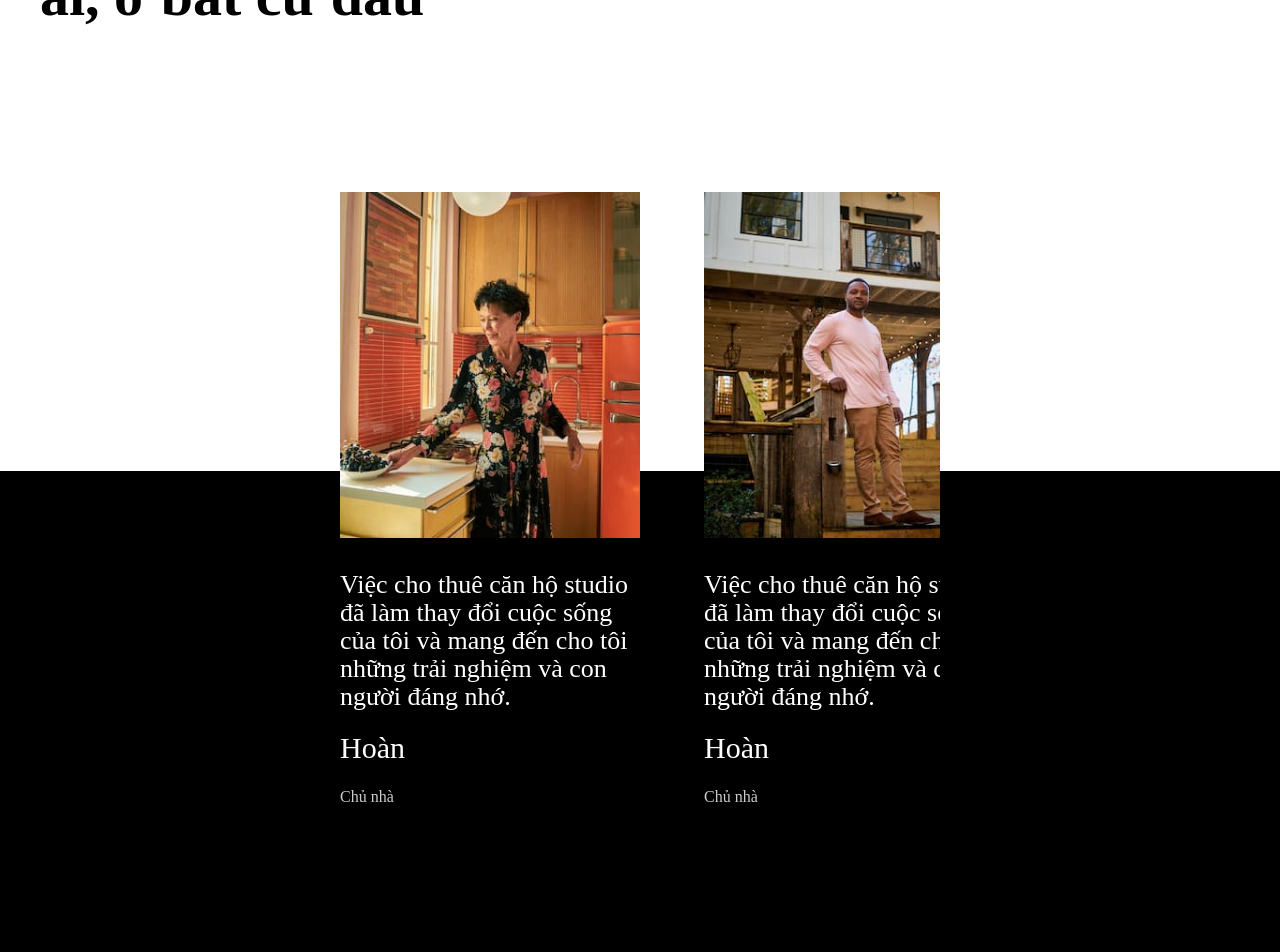
Repository: HoanTiny/AirbnbClone
Page: page3.html
The author's editor kept a copy of each file at every save. The page is drawn from the files as they stood at one save, then again after the next save.
The browser window is 1280 px wide. The pictures show the part of the page from y = 949 to 1901 px (the page is 1920 px tall).

Above is the page before, as saved 2021-09-13 12:00:01.

### page3.html
<!DOCTYPE html>
<html lang="en">
    <head>
        <meta charset="UTF-8" />
        <meta http-equiv="X-UA-Compatible" content="IE=edge" />
        <meta name="viewport" content="width=device-width, initial-scale=1.0" />
        <link rel="stylesheet" href="./acess/css/mainpage3.css" />
        <link rel="stylesheet" href="./acess/css/gird.css" />
        <link rel="stylesheet" href="./acess/css/base.css" />
        <link rel="stylesheet" href="./acess/css/reponsive.css" />
        <link
            rel="stylesheet"
            href="./acess/font/fontawesome-free-5.15.3-web/css/all.min.css"
        />
        <title>Cho thuê nhà</title>
    </head>
    <body>
        <div class="app-p3">
            <div class="banner">
                <div class="banner__left">
                    <div class="banner__left-img">
                        <svg
                            width="30"
                            height="32"
                            fill="currentcolor"
                            color="#fff"
                            style="display: block"
                        >
                            <path
                                d="M29.24 22.68c-.16-.39-.31-.8-.47-1.15l-.74-1.67-.03-.03c-2.2-4.8-4.55-9.68-7.04-14.48l-.1-.2c-.25-.47-.5-.99-.76-1.47-.32-.57-.63-1.18-1.14-1.76a5.3 5.3 0 00-8.2 0c-.47.58-.82 1.19-1.14 1.76-.25.52-.5 1.03-.76 1.5l-.1.2c-2.45 4.8-4.84 9.68-7.04 14.48l-.06.06c-.22.52-.48 1.06-.73 1.64-.16.35-.32.73-.48 1.15a6.8 6.8 0 007.2 9.23 8.38 8.38 0 003.18-1.1c1.3-.73 2.55-1.79 3.95-3.32 1.4 1.53 2.68 2.59 3.95 3.33A8.38 8.38 0 0022.75 32a6.79 6.79 0 006.75-5.83 5.94 5.94 0 00-.26-3.5zm-14.36 1.66c-1.72-2.2-2.84-4.22-3.22-5.95a5.2 5.2 0 01-.1-1.96c.07-.51.26-.96.52-1.34.6-.87 1.65-1.41 2.8-1.41a3.3 3.3 0 012.8 1.4c.26.4.45.84.51 1.35.1.58.06 1.25-.1 1.96-.38 1.7-1.5 3.74-3.21 5.95zm12.74 1.48a4.76 4.76 0 01-2.9 3.75c-.76.32-1.6.41-2.42.32-.8-.1-1.6-.36-2.42-.84a15.64 15.64 0 01-3.63-3.1c2.1-2.6 3.37-4.97 3.85-7.08.23-1 .26-1.9.16-2.73a5.53 5.53 0 00-.86-2.2 5.36 5.36 0 00-4.49-2.28c-1.85 0-3.5.86-4.5 2.27a5.18 5.18 0 00-.85 2.21c-.13.84-.1 1.77.16 2.73.48 2.11 1.78 4.51 3.85 7.1a14.33 14.33 0 01-3.63 3.12c-.83.48-1.62.73-2.42.83a4.76 4.76 0 01-5.32-4.07c-.1-.8-.03-1.6.29-2.5.1-.32.25-.64.41-1.02.22-.52.48-1.06.73-1.6l.04-.07c2.16-4.77 4.52-9.64 6.97-14.41l.1-.2c.25-.48.5-.99.76-1.47.26-.51.54-1 .9-1.4a3.32 3.32 0 015.09 0c.35.4.64.89.9 1.4.25.48.5 1 .76 1.47l.1.2c2.44 4.77 4.8 9.64 7 14.41l.03.03c.26.52.48 1.1.73 1.6.16.39.32.7.42 1.03.19.9.29 1.7.19 2.5z"
                            ></path>
                        </svg>
                    </div>
                    <div class="banner__left-conttent">
                        <h1 class="banner__left-heading">
                            Đón tiếp khách làm nên linh hồn của Airbnb
                        </h1>
                        <button class="banner__left-btn">
                            Thử đón tiếp khách
                        </button>
                    </div>
                    <i class="fas fa-chevron-down banner__left-icon"></i>
                </div>
                <div class="banner-right">
                    <video
                        id="video"
                        src="./acess/img/Cho thuê nhà trên Airbnb.webm"
                        class="banner__right-video"
                        autoplay
                        crossorigin="anonymous"
                        playsinline
                        preload="auto"
                        aria-label="Chelsea, Chủ nhà ở Philadelphia, mỉm cười khi mở cửa. Soraya, Chủ nhà ở Mumbai, mỉm cười khi mở cửa trước cùng một người khác ở bên cạnh. Mohamed, Chủ nhà ở Johannesburg, mỉm cười khi mở cửa. Maria, Chủ nhà ở Mexico City, gật đầu mỉm cười khi mang cây đi."
                    ></video>
                </div>
            </div>
            <div class="content">
                <div class="grid wide">
                    <div class="content__heading">
                        <div class="grid wide">
                            <h2 class="content__heading-top">
                                Bạn có thể đón tiếp bất kỳ ai, ở bất cứ đâu
                            </h2>
                        </div>
                        <div class="grid wide">
                            <div class="content__home">
                                <div class="home__img">
                                    <div class="home__img-home__product">
                                        <img src="./acess/img/home-p3.jpg" class="img content__home-img"></img>
                                    </div>
                                    <div class="home__img-home__product-text">
                                        <p class="home__img-text">Việc cho thuê căn hộ studio đã làm thay đổi cuộc sống của tôi và mang đến cho tôi những trải nghiệm và con người đáng nhớ.</p>
                                        <p class="home__img-text-end">Hoàn</p>
                                        <p class="home__img-text-admin-home">Chủ nhà</p>
                                    </div>
                                </div>
                                <div class="home__img">
                                    <div class="home__img-home__product">
                                        <img src="./acess/img/home-p3-2.jpg" class="img content__home-img"></img>
                                    </div>
                                    <div class="home__img-home__product-text">
                                        <p class="home__img-text">Việc cho thuê căn hộ studio đã làm thay đổi cuộc sống của tôi và mang đến cho tôi những trải nghiệm và con người đáng nhớ.</p>
                                        <p class="home__img-text-end">Hoàn</p>
                                        <p class="home__img-text-admin-home">Chủ nhà</p>
                                    </div>
                                </div>
                                <div class="home__img">
                                    <div class="home__img-product-img">
                                        <img src="./acess/img/home-p3-3.jpg" class="img content__home-img"></img>
                                    </div>
                                    <div class="home__img-product-text">
                                        <p class="home__img-text">Việc cho thuê căn hộ studio đã làm thay đổi cuộc sống của tôi và mang đến cho tôi những trải nghiệm và con người đáng nhớ.</p>
                                        <p class="home__img-text-end">Hoàn</p>
                                        <p class="home__img-text-admin-home">Chủ nhà</p>
                                    </div>
                                </div>
                                <div class="home__img">
                                    <div class="home__img-home__product">
                                        <img src="./acess/img/home-p3-4.jpg" class="img content__home-img"></img>
                                    </div>
                                    <div class="home__img-home__product-text">
                                        <p class="home__img-text">Việc cho thuê căn hộ studio đã làm thay đổi cuộc sống của tôi và mang đến cho tôi những trải nghiệm và con người đáng nhớ.</p>
                                        <p class="home__img-text-end">Hoàn</p>
                                        <p class="home__img-text-admin-home">Chủ nhà</p>
                                    </div>
                                </div>
                            </div>
                        </div>
                    </div>
                </div>
                <div class="content__search"></div>
            </div>
        </div>
        <script>
            var videoPlayer = document.getElementById("video");
            // Auto play, half volume.
            videoPlayer.play();
            videoPlayer.volume = 0.5;

            // Play / pause.
            videoPlayer.addEventListener("click", function () {
                if (videoPlayer.paused == false) {
                    videoPlayer.pause();
                    videoPlayer.firstChild.nodeValue = "Play";
                } else {
                    videoPlayer.play();
                    videoPlayer.firstChild.nodeValue = "Pause";
                }
            });
        </script>
    </body>
</html>

### acess/css/mainpage3.css
body {
    margin: 0;
}

.banner {
    height: 100vh;
    display: flex;
    justify-content: center;
}
.banner__left {
    width: 50%;
    background-color: #000;
    position: relative;
}
.banner__left-img {
    padding: 24px;
}
.banner__left-conttent {
    display: flex;
    flex-direction: column;
    align-items: center;
    justify-content: center;
    position: absolute;
    top: 50%;
    left: 50%;
    transform: translate(-50%, -50%);
    width: fit-content;
}
.banner__left-heading {
    color: #fff;
    text-align: center;
    font-size: 6.8rem;
    line-height: 7rem;
    padding: 12px 24px;
    font-weight: 500;
}
.banner__left-btn {
    padding: 18px 32px;
    font-size: 1.8rem;
    border-radius: 12px;
    background-image: linear-gradient(
        to right,
        rgb(229, 29, 80),
        rgb(220, 14, 100)
    );
    color: var(--white-color);
    border: none;
    cursor: pointer;
}

.banner__left-icon {
    color: var(--white-color);
    position: absolute;
    bottom: 32px;
    font-size: 1.5rem;
    left: 50%;
    padding: 12px;
    margin-left: -12px;
    border-radius: 50%;
    cursor: pointer;
}

.banner__left-icon:hover {
    background-color: #999;
}

.banner-right {
    width: 50%;
}

.banner__right-video {
    object-fit: cover;
    object-position: center top;
    width: 100%;
    height: 100%;
}

.content__heading {
    position: relative;
    height: 700px;
    padding-top: 120px;
}

.content__heading-top {
    margin-top: 48px;
    font-size: 5.8rem;
    line-height: 6.8rem;
    text-align: left;
    width: 60%;
    margin: 0;
}

.content__home {
    position: absolute;
    bottom: -50%;
    max-width: 50%;
    overflow-x: auto;
    flex-wrap: nowrap;
    display: flex;
    transform: translate(50%);
}

.content__home::-webkit-scrollbar {
    display: none;
}

.home__img {
    flex-shrink: 0;
    width: 50%;
    margin-right: 64px;
}

.home__img-product-text {
    margin-top: 24px;
}

.home__img-text {
    color: var(--white-color);
    font-size: 2.6rem;
    line-height: 2.8rem;
}

.home__img-text-end {
    color: var(--white-color);
    font-size: 3rem;
    font-family: cursive;
}

.home__img-text-admin-home {
    color: #ccc;
    font-size: 1.6rem;
}

.content__home-img {
    width: 100%;
    height: 100%;
    object-fit: cover;
}

.content__search {
    background-color: #000;
    height: 500px;
}

### acess/css/gird.css
.grid {
    width: 100%;
    display: block;
    padding: 0;
}

.grid.wide {
    max-width: 1200px;
    margin: 0 auto;
}

.row {
    display: flex;
    flex-wrap: wrap;
    margin-left: -8px;
    margin-right: -8px;
}

.row.no-gutters {
    margin-left: 0;
    margin-right: 0;
}

.col {
    padding-left: 12px;
    padding-right: 12px;
}

.row.no-gutters .col {
    padding-left: 0;
    padding-right: 0;
}

.c-0 {
    display: none;
}

.c-1 {
    flex: 0 0 8.33333%;
    max-width: 8.33333%;
}

.c-2 {
    flex: 0 0 16.66667%;
    max-width: 16.66667%;
}

.c-3 {
    flex: 0 0 25%;
    max-width: 25%;
}

.c-4 {
    flex: 0 0 33.33333%;
    max-width: 33.33333%;
}

.c-5 {
    flex: 0 0 41.66667%;
    max-width: 41.66667%;
}

.c-6 {
    flex: 0 0 50%;
    max-width: 50%;
}

.c-7 {
    flex: 0 0 58.33333%;
    max-width: 58.33333%;
}

.c-8 {
    flex: 0 0 66.66667%;
    max-width: 66.66667%;
}

.c-9 {
    flex: 0 0 75%;
    max-width: 75%;
}

.c-10 {
    flex: 0 0 83.33333%;
    max-width: 83.33333%;
}

.c-11 {
    flex: 0 0 91.66667%;
    max-width: 91.66667%;
}

.c-12 {
    flex: 0 0 100%;
    max-width: 100%;
}

.c-o-1 {
    margin-left: 8.33333%;
}

.c-o-2 {
    margin-left: 16.66667%;
}

.c-o-3 {
    margin-left: 25%;
}

.c-o-4 {
    margin-left: 33.33333%;
}

.c-o-5 {
    margin-left: 41.66667%;
}

.c-o-6 {
    margin-left: 50%;
}

.c-o-7 {
    margin-left: 58.33333%;
}

.c-o-8 {
    margin-left: 66.66667%;
}

.c-o-9 {
    margin-left: 75%;
}

.c-o-10 {
    margin-left: 83.33333%;
}

.c-o-11 {
    margin-left: 91.66667%;
}

/* >= Tablet */
@media (min-width: 740px) {
    .row {
        margin-left: -4px;
        margin-right: -4px;
    }

    .col {
        padding-left: 4px;
        padding-right: 4px;
    }

    .m-0 {
        display: none;
    }

    .m-1,
    .m-2,
    .m-3,
    .m-4,
    .m-5,
    .m-6,
    .m-7,
    .m-8,
    .m-9,
    .m-10,
    .m-11,
    .m-12 {
        display: block;
    }

    .m-1 {
        flex: 0 0 8.33333%;
        max-width: 8.33333%;
    }

    .m-2 {
        flex: 0 0 16.66667%;
        max-width: 16.66667%;
    }

    .m-3 {
        flex: 0 0 25%;
        max-width: 25%;
    }

    .m-4 {
        flex: 0 0 33.33333%;
        max-width: 33.33333%;
    }

    .m-5 {
        flex: 0 0 41.66667%;
        max-width: 41.66667%;
    }

    .m-6 {
        flex: 0 0 50%;
        max-width: 50%;
    }

    .m-7 {
        flex: 0 0 58.33333%;
        max-width: 58.33333%;
    }

    .m-8 {
        flex: 0 0 66.66667%;
        max-width: 66.66667%;
    }

    .m-9 {
        flex: 0 0 75%;
        max-width: 75%;
    }

    .m-10 {
        flex: 0 0 83.33333%;
        max-width: 83.33333%;
    }

    .m-11 {
        flex: 0 0 91.66667%;
        max-width: 91.66667%;
    }

    .m-12 {
        flex: 0 0 100%;
        max-width: 100%;
    }

    .m-o-1 {
        margin-left: 8.33333%;
    }

    .m-o-2 {
        margin-left: 16.66667%;
    }

    .m-o-3 {
        margin-left: 25%;
    }

    .m-o-4 {
        margin-left: 33.33333%;
    }

    .m-o-5 {
        margin-left: 41.66667%;
    }

    .m-o-6 {
        margin-left: 50%;
    }

    .m-o-7 {
        margin-left: 58.33333%;
    }

    .m-o-8 {
        margin-left: 66.66667%;
    }

    .m-o-9 {
        margin-left: 75%;
    }

    .m-o-10 {
        margin-left: 83.33333%;
    }

    .m-o-11 {
        margin-left: 91.66667%;
    }
}

/* PC medium resolution > */
@media (min-width: 1113px) {
    .row {
        margin-left: -12px;
        margin-right: -12px;
    }

    .row.sm-gutter {
        margin-left: -5px;
        margin-right: -5px;
    }

    .col {
        padding-left: 12px;
        padding-right: 12px;
    }

    .row.sm-gutter .col {
        padding-left: 5px;
        padding-right: 5px;
    }

    .l-0 {
        display: none;
    }

    .l-1,
    .l-2,
    .l-2-4,
    .l-3,
    .l-4,
    .l-5,
    .l-6,
    .l-7,
    .l-8,
    .l-9,
    .l-10,
    .l-11,
    .l-12 {
        display: block;
    }

    .l-1 {
        flex: 0 0 8.33333%;
        max-width: 8.33333%;
    }

    .l-2 {
        flex: 0 0 16.66667%;
        max-width: 16.66667%;
    }

    .l-2-4 {
        flex: 0 0 20%;
        max-width: 20%;
    }

    .l-3 {
        flex: 0 0 25%;
        max-width: 25%;
    }

    .l-4 {
        flex: 0 0 33.33333%;
        max-width: 33.33333%;
    }

    .l-5 {
        flex: 0 0 41.66667%;
        max-width: 41.66667%;
    }

    .l-6 {
        flex: 0 0 50%;
        max-width: 50%;
    }

    .l-7 {
        flex: 0 0 58.33333%;
        max-width: 58.33333%;
    }

    .l-8 {
        flex: 0 0 66.66667%;
        max-width: 66.66667%;
    }

    .l-9 {
        flex: 0 0 75%;
        max-width: 75%;
    }

    .l-10 {
        flex: 0 0 83.33333%;
        max-width: 83.33333%;
    }

    .l-11 {
        flex: 0 0 91.66667%;
        max-width: 91.66667%;
    }

    .l-12 {
        flex: 0 0 100%;
        max-width: 100%;
    }

    .l-o-1 {
        margin-left: 8.33333%;
    }

    .l-o-2 {
        margin-left: 16.66667%;
    }

    .l-o-3 {
        margin-left: 25%;
    }

    .l-o-4 {
        margin-left: 33.33333%;
    }

    .l-o-5 {
        margin-left: 41.66667%;
    }

    .l-o-6 {
        margin-left: 50%;
    }

    .l-o-7 {
        margin-left: 58.33333%;
    }

    .l-o-8 {
        margin-left: 66.66667%;
    }

    .l-o-9 {
        margin-left: 75%;
    }

    .l-o-10 {
        margin-left: 83.33333%;
    }

    .l-o-11 {
        margin-left: 91.66667%;
    }
}

/* Tablet - PC low resolution */
@media (min-width: 740px) and (max-width: 1023px) {
    .wide {
        width: 644px;
    }
}

/* > PC low resolution */
@media (min-width: 1024px) and (max-width: 1239px) {
    .wide {
        width: 984px;
    }

    .wide .row {
        margin-left: -12px;
        margin-right: -12px;
    }

    .wide .row.sm-gutter {
        margin-left: -5px;
        margin-right: -5px;
    }

    .wide .col {
        padding-left: 12px;
        padding-right: 12px;
    }

    .wide .row.sm-gutter .col {
        padding-left: 5px;
        padding-right: 5px;
    }

    .wide .l-0 {
        display: none;
    }

    .wide .l-1,
    .wide .l-2,
    .wide .l-2-4,
    .wide .l-3,
    .wide .l-4,
    .wide .l-5,
    .wide .l-6,
    .wide .l-7,
    .wide .l-8,
    .wide .l-9,
    .wide .l-10,
    .wide .l-11,
    .wide .l-12 {
        display: block;
    }

    .wide .l-1 {
        flex: 0 0 8.33333%;
        max-width: 8.33333%;
    }

    .wide .l-2 {
        flex: 0 0 16.66667%;
        max-width: 16.66667%;
    }

    .wide .l-2-4 {
        flex: 0 0 20%;
        max-width: 20%;
    }

    .wide .l-3 {
        flex: 0 0 25%;
        max-width: 25%;
    }

    .wide .l-4 {
        flex: 0 0 33.33333%;
        max-width: 33.33333%;
    }

    .wide .l-5 {
        flex: 0 0 41.66667%;
        max-width: 41.66667%;
    }

    .wide .l-6 {
        flex: 0 0 50%;
        max-width: 50%;
    }

    .wide .l-7 {
        flex: 0 0 58.33333%;
        max-width: 58.33333%;
    }

    .wide .l-8 {
        flex: 0 0 66.66667%;
        max-width: 66.66667%;
    }

    .wide .l-9 {
        flex: 0 0 75%;
        max-width: 75%;
    }

    .wide .l-10 {
        flex: 0 0 83.33333%;
        max-width: 83.33333%;
    }

    .wide .l-11 {
        flex: 0 0 91.66667%;
        max-width: 91.66667%;
    }

    .wide .l-12 {
        flex: 0 0 100%;
        max-width: 100%;
    }

    .wide .l-o-1 {
        margin-left: 8.33333%;
    }

    .wide .l-o-2 {
        margin-left: 16.66667%;
    }

    .wide .l-o-3 {
        margin-left: 25%;
    }

    .wide .l-o-4 {
        margin-left: 33.33333%;
    }

    .wide .l-o-5 {
        margin-left: 41.66667%;
    }

    .wide .l-o-6 {
        margin-left: 50%;
    }

    .wide .l-o-7 {
        margin-left: 58.33333%;
    }

    .wide .l-o-8 {
        margin-left: 66.66667%;
    }

    .wide .l-o-9 {
        margin-left: 75%;
    }

    .wide .l-o-10 {
        margin-left: 83.33333%;
    }

    .wide .l-o-11 {
        margin-left: 91.66667%;
    }
}

### acess/css/base.css
:root {
    --white-color:#fff;
    --black-color: #000;
    --text-color: #333;
}

* {
    box-sizing: inherit;
}

html {
    /* font-family: Circular, -apple-system, BlinkMacSystemFont, Roboto, "Helvetica Neue", sans-serif; */
    font-family: 'Font Awesome 5 Free';
    box-sizing: border-box;
    font-size: 62.5%;
    line-height: 1.8rem;
}

### acess/css/reponsive.css
@media (min-width: 723px) and (max-width: 1023px) {
    .hold-on-mobile-tablet {
        display: none;
    }
    .background {
        background-position: unset;
    }

    .header__nav-list-tablet {
        display: flex;
    }

    .search {
        margin: 0;
    }

    .search__item:first-of-type {
        padding-left: 32px;
    }

    .search__item {
        margin: 0;
        padding: 12px;
    }

    .home__product-tablet {
        height: 140px;
        overflow: hidden;
        display: -webkit-box;
        -webkit-line-clamp: 2;
    }

    .home__category-tablet {
        display: flex;
        max-width: 100%;
        overflow-x: auto;
        flex-wrap: nowrap;
    }

    .home__category-tablet::-webkit-scrollbar {
        display: none;
    }

    .home__category-item-tablet {
        width: 33.3333%;
        flex-shrink: 0;
    }

    .footer-end {
        flex-direction: column-reverse;
    }

    .footer__end-social-list{
        display: flex;
        justify-content: center;
    }

    .footer__end-copyright-list{
        flex-wrap: wrap;
        justify-content: center;
    }

    .footer__end-copyright__item:first-of-type {
        width: 100%;
        text-align: center;
        margin-bottom: 4px;
    }

    .header__nav-scrollba-btn {
        margin-left: auto;
    }

}

@media (max-width: 723px)
{
    .hold-on-mobile {
        display: none;
    }

    .search {
        display: none;
    }
    .header__nav {
        display: none;
    }

    .header__mobile{
        display: flex;
    }

    .footer {
        text-align: center;
    }

    .home__category-tablet {
        display: flex;
        max-width: 100%;
        overflow-x: auto;
        flex-wrap: nowrap;
    }

    .home__category-tablet::-webkit-scrollbar {
        display: none;
    }

    .home__category-item-tablet {
        width: 33.3333%;
        flex-shrink: 0;
    }

    #header__nav-scrollbar {
        display: none;
    }

    .header__mobile {
        position: fixed;
        top: 0px;
        left: 0;
        right: 0;
        z-index: 12;
        align-items: center;
    }

    .header__mobile-btn {
        border: none;
        background-color: rgb(247, 247, 247);
        box-shadow: none;
        top: 20;
    }

    .web__content-heading {
        font-size: 2.2rem;
        line-height: 2.6rem;
    }

    .home__category-next {
        display: none;
    }

    .home__category-return--active {
        display: none;
    }

    .home__experience-mobile {
        display: flex;
        max-width: 100%;
        overflow-x: auto;
        flex-wrap: nowrap;
    }

    .home__experience-mobile::-webkit-scrollbar {
        display: none;
    }

    .home__experience-mobile-item {
        width: 75%;
        flex-shrink: 0;
    }

    path {
        display: none;
    }
    .search-where {
        display: block;
        position: revert;
    }

    .search-where-icon {
        display: none;
    }

    /* Page 2 */

    .home-place__item-img {
        height: 345px;
    }

    .menu-list__item {
        border: none;
    }

    .header-page2 {
        border-bottom: none;
    }

    .header__mobile-page2 {
        display: block;
    }

    .home-place {
        margin-top: 115px;
    }

}

Loaded but not shown: acess/font/fontawesome-free-5.15.3-web/css/all.min.css (library)

After the next save:
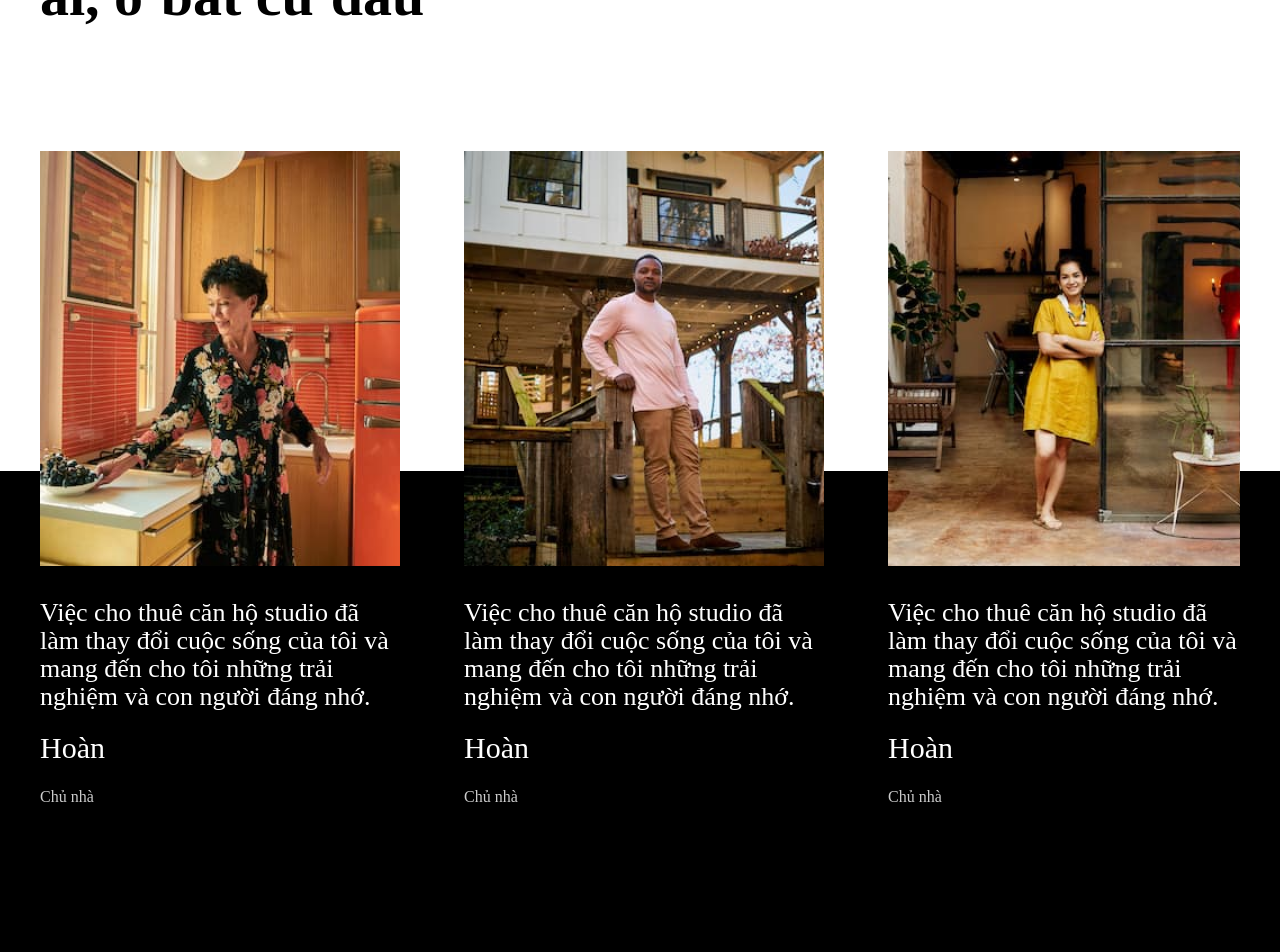
Saved 87 s later.
--- a/acess/css/mainpage3.css
+++ b/acess/css/mainpage3.css
@@ -93,11 +93,11 @@ body {
 .content__home {
     position: absolute;
     bottom: -50%;
-    max-width: 50%;
+    max-width: 100%;
     overflow-x: auto;
     flex-wrap: nowrap;
     display: flex;
-    transform: translate(50%);
+    /* transform: translate(50%); */
 }
 
 .content__home::-webkit-scrollbar {
@@ -106,7 +106,7 @@ body {
 
 .home__img {
     flex-shrink: 0;
-    width: 50%;
+    width: 30%;
     margin-right: 64px;
 }
 
